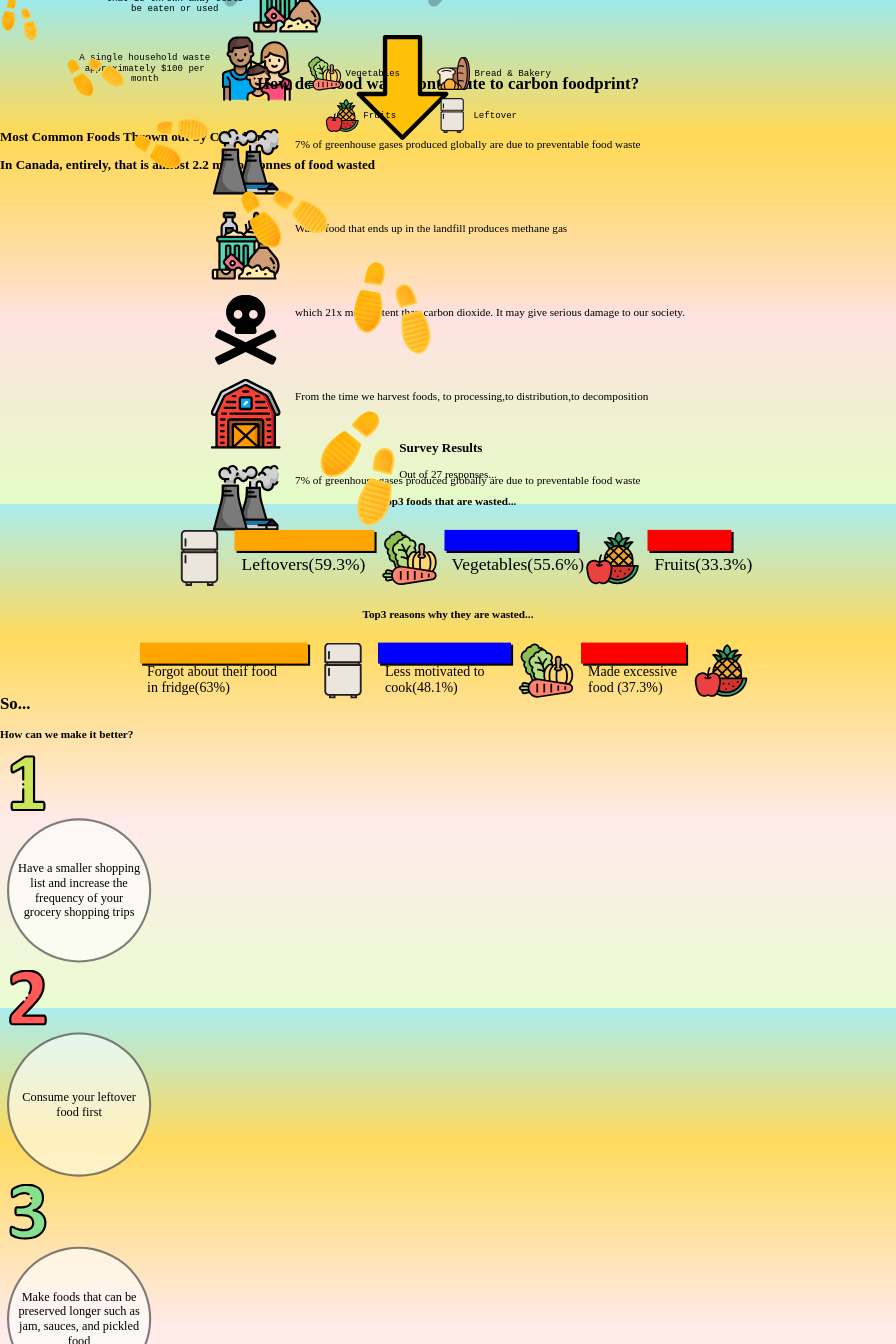
Repository: iorid3/Midterm
Page: index.html
An editor plug-in stored every save of this project. The page is shown before and after the next save, followed by the edit.
The browser window is 1280 px wide. The pictures show the part of the page from y = 0 to 1920 px (the page is 2758 px tall), at 70% of full size.

Above is the page before, as saved 2021-03-09 11:41:39.

After the next save:
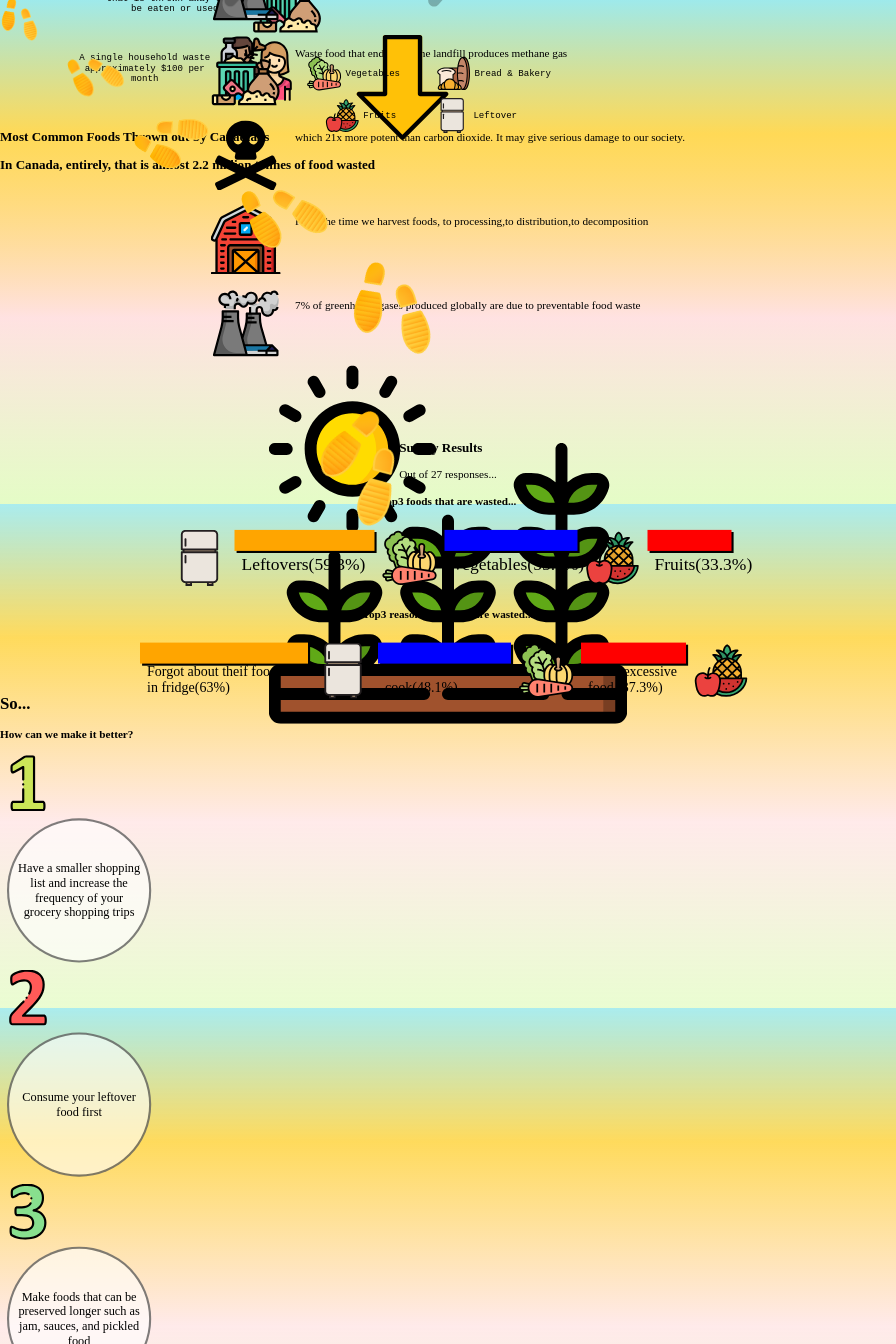
Saved 3 min 5 s later.
--- a/index.html
+++ b/index.html
@@ -47,7 +47,7 @@
             <div class = "comp6"></div>
 
                 <div class = "container2">
-                    <div><img src = ""></div>
+                    <div><img src = "./Images/crop.svg"></div>
                     <div><img src = ""></div>
                     <div><img src = ""></div>
                 </div>
